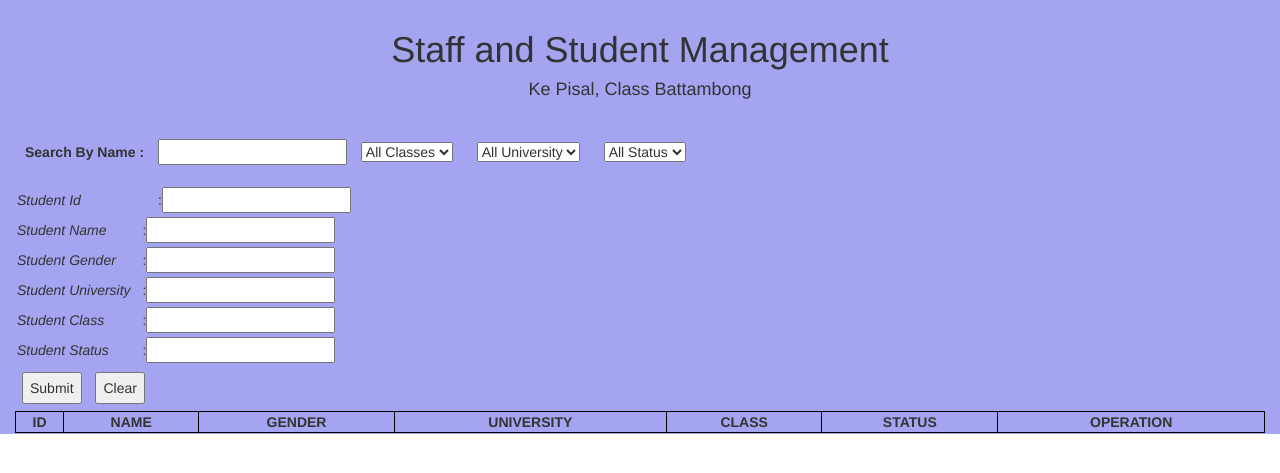
Repository: kepisal/ServletJAVA
Page: http://localhost/AjaxStaffandStudent/
An editor plug-in stored every save of this project. The page is shown before and after the next save, followed by the edit.
The browser window is 1280 px wide. The pictures show the whole page.
The page is served by Tomcat 9. Other server files are loaded and not shown. Queries for data that is not in the repository find no rows.

Above is the page before, as saved 2015-07-10 16:42:15.

### AjaxStaffandStudent/WebContent/index.jsp
<%@ page language="java" contentType="text/html; charset=ISO-8859-1"
	pageEncoding="ISO-8859-1"%>
<!DOCTYPE html>
<html>
<head>
<meta http-equiv="Content-Type" content="text/html; charset=ISO-8859-1">
<title>Staff and Student Management</title>
<link rel="stylesheet" type="text/css"
	href="bootstrap/css/bootstrap.css">
<!-- <link rel="stylesheet" type="text/css" href="css/style.css"> -->

<!-- <script
	src="http://ajax.googleapis.com/ajax/libs/jquery/1.11.3/jquery.min.js"></script> -->
<script type="text/javascript" src="js/jquery-min.js"></script>
<script type="text/javascript" src="bootstrap/js/bootstrap.js"></script>
<script type="text/javascript" src="bootstrap/js/bootstrap.min.js"></script>
<style type="text/css">
.maincontent {
	background-color: #A4A4F0;
}

#title {
	padding: 10px;
	width: 100%;
}

option {
	height: 23px;
}

.mytb td, .mytb th {
	border: 1px solid black;
	border-collapse: collapse;
	text-align: center;
}

#title {
	text-align: center;
}

img {
	width: 20px;
}

#classlist, #universitylist, #txtinput, #statuslist {
	display: inline-block;
	margin: 10px;
}

button {
	margin: 5px;
	height: 32px
}

.stuform td {
	padding: 2px;
	border: 0px;
}
</style>
</head>
<body>
	<div class="maincontent col-sm-12">
		<div id="sheader">
			<div id="title">
				<h1>Staff and Student Management</h1>
				<h4>Ke Pisal, Class Battambong</h4>
			</div>
			<div id="classlist">
				<label>Search By Name : </label> <input type=text id=txtinput /> <select
					id=classselected onclick="searchClass()">

				</select>
			</div>
			<div id="universitylist">
				<select id=unvselected onclick="searchUniversity()">

				</select>
			</div>
			<div id="statuslist">
				<select id=statusselected onclick="searchStatus()">
					<option value=''>All Status</option>
					<option value=1>Active</option>
					<option value=0>Deactive</option>
				</select>
			</div>
		</div>
		<div id="sform">
			<table class="stuform">
				<tr>
					<td><i>Student Id</i></td>
					<td>&nbsp;&nbsp;&nbsp;&nbsp;&nbsp;&nbsp;:<input /></td>
				</tr>
				<tr>
					<td><i>Student Name </i></td>
					<td>&nbsp;&nbsp;:<input /></td>
				</tr>
				<tr>
					<td><i>Student Gender </i></td>
					<td>&nbsp;&nbsp;:<input /></td>
				</tr>
				<tr>
					<td><i>Student University </i></td>
					<td>&nbsp;&nbsp;:<input /></td>
				</tr>
				<tr>
					<td><i>Student Class </i></td>
					<td>&nbsp;&nbsp;:<input /></td>
				</tr>
				<tr>
					<td><i>Student Status </i></td>
					<td>&nbsp;&nbsp;:<input /></td>
				</tr>
				<tr>
					<td colspan="2"><button id="btnadd btn btn-success"
							onclick="add()">Submit</button>
						<button id="btnclear btn btn-success" onclick="add()">Clear</button></td>
				</tr>
			</table>
		</div>
		<div id="sbody">
			<table class="mytb col-sm-12">
				<thead>
					<tr>
						<th>ID</th>
						<th>NAME</th>
						<th>GENDER</th>
						<th>UNIVERSITY</th>
						<th>CLASS</th>
						<th>STATUS</th>
						<th>OPERATION</th>
					</tr>
				</thead>
				<tbody id="tblist">
				</tbody>
			</table>
			<div id="sdetails">
				<!-- <i><h2>-------------Information Detail------------</h2></i> <label>ID
				:</label>
			<h3 id="stuid"></h3>
			<label>NAME :</label>
			<h3 id="stuname"></h3>
			<label>GENDER :</label>
			<h3 id="stugender"></h3>
			<label>UINVERSITY :</label>
			<h3 id="stuuniversity"></h3>
			<label>CLASS :</label>
			<h3 id="stuclass"></h3>
			<label>STATUS :</label>
			<h3 id="stustatus">ss</h3>
			<i><h2>-------------Information Detail------------</h2></i> -->
			</div>
		</div>
		<div class="col-sm-3"></div>
	</div>
	<script type="text/javascript" src="js/script.js"></script>
</body>
</html>

### AjaxStaffandStudent/WebContent/js/script.js
$(document).ready(function() {
	lists(); // list all objects in table
	droplist(); // list all objects in dropdownlist(class, university)
	$("#txtinput").keyup(function() {
		searchName($("#txtinput").val()); // action keyup on textbox
	});
});
/*
 * @param : data is JSon generate <option> value </option> for dropdownlist
 * class
 */
function classlist(data) {
	var str = "";
	str += "<option value=''>All Classes</option>;";
	for (var i = 0; i < data.length; i++) {
		str += "<option value=" + data[i].classes + ">" + data[i].classes;
	}
	str += "</option>";
	return str;
}
/*
 * @param : data is JSon generate <option> value </option> for dropdownlist
 * university
 */
function unvlist(data) {
	var str = "";
	str += "<option value=''>All University</option>;";
	for (var i = 0; i < data.length; i++) {
		str += "<option value=" + data[i].unversity + ">" + data[i].unversity;
	}
	str += "</optiont>";
	return str;
}

/*
 * get data from url and put into function with param
 */
function droplist() {
	$.post("classlist.hrd", function(data) {
		$("#classselected").html(classlist(data));
	});
	$.post("universitylist.hrd", function(data) {
		$("#unvselected").html(unvlist(data));
	});
}
/*
 * generate rows inside table list
 */
function lists() {
	$.post("listobject.hrd", function(data) {
		$("#tblist").html(listobjectdetails(data));
	});

}
/*
 * create tag <tr><td> value </td></tr> follow data
 */
function listobjectdetails(data) {
	var str = "";
	for (var i = 0; i < data.length; i++) {

		str += "<tr>" + "<td id=studid" + i + ">" + data[i].stuid + "</td>"
				+ "<td>" + data[i].stuname + "</td>" + "<td>"
				+ checkGender(data[i].gender) + "</td>" + "<td>"
				+ data[i].unversity + "</td>" + "<td>" + data[i].classes
				+ "</td>" + "<td>" + checkStatus(data[i].status, i) + "</td>"
				+ "<td><button class=btnEdit" + i + " onclick=editFun(" + i
				+ ")>Edit</button><button class=btnRemove" + i
				+ " onclick=removeFun(" + i
				+ ")>Remove</button><button  class=btnView" + i
				+ " onclick=viewFun(" + i + ")>View</button></td>" + "</tr>";
	}

	str += "</table>";

	return str;
}
/*
 * create form for edit and insertion
 */
function myform() {
	var str = "";
}

/*
 * change value 0,1 to male and female
 */
function checkGender(data) {
	var gender;
	if (data == 0) {
		gender = "Male";
	} else {
		gender = "Female";
	}
	return gender;
}
/*
 * change value 0,1 to image 0.png and 1.png
 */
function checkStatus(data, i) {
	var img;
	if (data == 0) {
		img = "<a href=#><img src=img/0.png id=mydata" + i
				+ " onclick=updateStatus(" + i + "," + data + ")></a>";
	} else {
		img = "<a href=#><img src=img/1.png id=mydata" + i
				+ " onclick=updateStatus(" + i + "," + data + ")></a>";
	}
	return img;
}
/*
 * @param : id, value id -> id of each students value -> value of status update
 * status
 */
function updateStatus(id, value) {
	var stuid = $("#studid" + id).text();
	var active;
	if (value == 0) {
		active = 1;
	} else {
		active = 0;
	}
	$.post("editobject.hrd", {
		stu_id : stuid,
		stu_status : active
	}, function(data) {
		lists();
	});
}
/*
 * search by name()
 */
function searchName() {
	var stuname = $('#txtinput').val();
	var stuclass = $('#classselected option:selected').val();
	var stuuniver = $('#unvselected option:selected').val();
	var stustatus = $('#statusselected option:selected').val();
	if (stuname == '') {
		lists();
	}
	$.post("searchobject.hrd", {
		stu_name : stuname,
		stu_class : stuclass,
		stu_university : stuuniver,
		stu_status : stustatus
	}, function(data) {
		$("#tblist").html(listobjectdetails(data));
	});
}
/*
 * search by class()
 */
function searchClass() {
	var stuname = $('#txtinput').val();
	var stuclass = $('#classselected option:selected').val();
	var stuuniver = $('#unvselected option:selected').val();
	var stustatus = $('#statusselected option:selected').val();
	$.post("searchobject.hrd", {
		stu_name : stuname,
		stu_class : stuclass,
		stu_university : stuuniver,
		stu_status : stustatus
	}, function(data) {
		$("#tblist").html(listobjectdetails(data));
	});
}
/*
 * search by university()
 */
function searchUniversity() {
	var stuname = $('#txtinput').val();
	var stuclass = $('#classselected option:selected').val();
	var stuuniver = $('#unvselected option:selected').val();
	var stustatus = $('#statusselected option:selected').val();
	$.post("searchobject.hrd", {
		stu_name : stuname,
		stu_class : stuclass,
		stu_university : stuuniver,
		stu_status : stustatus
	}, function(data) {
		$("#tblist").html(listobjectdetails(data));
	});
}
/*
 * search by status()
 */
function searchStatus() {
	var stuname = $('#txtinput').val();
	var stuclass = $('#classselected option:selected').val();
	var stuuniver = $('#unvselected option:selected').val();
	var stustatus = $('#statusselected option:selected').val();
	$.post("searchobject.hrd", {
		stu_name : stuname,
		stu_class : stuclass,
		stu_university : stuuniver,
		stu_status : stustatus
	}, function(data) {
		$("#tblist").html(listobjectdetails(data));
	});
}
/*
 * Add Function
 */
function add() {
	$("#sbody").load("pages/addForm.html"); // load file from article
}

function editFun(i) {
	alert("This is Edit" + $("#studid" + i).text());
}
function removeFun(i) {
	var stuid = $("#studid" + i).text();
	$.post("deleteobject.hrd", {
		stu_id : stuid
	}, function(data) {
		lists();
	});
}
function viewFun(i) {
	var stuid = $("#studid" + i).text();
	$.post("viewobject.hrd", {
		stu_id : stuid
	}, function(data) {
		$("#sbody").load("pages/viewdetails.html");
	});
}

### AjaxStaffandStudent/src/Controller/Front_Controller.java
package Controller;
import java.io.IOException;

import javax.servlet.RequestDispatcher;
import javax.servlet.ServletException;
import javax.servlet.annotation.WebServlet;
import javax.servlet.http.HttpServlet;
import javax.servlet.http.HttpServletRequest;
import javax.servlet.http.HttpServletResponse;

import Model.ObjectDAO;

@WebServlet("*.hrd")
public class Front_Controller extends HttpServlet {
	private static final long serialVersionUID = 1L;

	public Front_Controller() {
		super();
	}

	protected void doGet(HttpServletRequest request, HttpServletResponse response) throws ServletException, IOException {
		doProcess(request, response);
	}

	protected void doPost(HttpServletRequest request, HttpServletResponse response) throws ServletException, IOException {
		doProcess(request, response);
	}

	protected void doProcess(HttpServletRequest request, HttpServletResponse response) throws ServletException, IOException {
		String RequestURI = request.getRequestURI();

		System.out.println(RequestURI);
		String contextPath = request.getContextPath();
		System.out.println(contextPath);
		String command = RequestURI.substring(contextPath.length());
		ActionForward forward = null;
		Action action = null;

		System.out.println(command);

		switch(command){
			case "/listobject.hrd":
				action = new ListObject();
				try {
					forward = action.execute(request, response);
					System.out.println(forward);
				} catch (Exception e) {
					e.printStackTrace();
				}
				break;
			case "/classlist.hrd":
				action = new classList();
				try {
					forward = action.execute(request, response);
					System.out.println(forward);
				} catch (Exception e) {
					e.printStackTrace();
				}
				break;
			case "/universitylist.hrd":
				action = new universityList();
				try {
					forward = action.execute(request, response);
					System.out.println(forward);
				} catch (Exception e) {
					e.printStackTrace();
				}
				break;
			case "/editobject.hrd":
				action = new EditObject();
				try {
					forward = action.execute(request, response);
				} catch (Exception e) {
					e.printStackTrace();
				}
				break;
			case "/searchobject.hrd":
				action = new Search();
				try {
					forward = action.execute(request, response);
				} catch (Exception e) {
					e.printStackTrace();
				}
				break;
			case "/viewobject.hrd":
				action = new ViewObject();
				try {
					forward = action.execute(request, response);
				} catch (Exception e) {
					e.printStackTrace();
				}
				break;
			case "/deleteobject.hrd":
				action = new DeleteObject();
				try {
					forward = action.execute(request, response);
				} catch (Exception e) {
					e.printStackTrace();
				}
				break;
			default :
				forward = new ActionForward();
				forward.setPath("404.jsp");
				forward.setRedirect(false);
				break;


		}

		if (forward != null) {
			if (forward.isRedirect()) {
				response.sendRedirect(forward.getPath());
			} else {
				RequestDispatcher dispatcher = request
						.getRequestDispatcher(forward.getPath());
				dispatcher.forward(request, response);
			}

		}

	}
}

### AjaxStaffandStudent/src/Controller/ListObject.java
package Controller;

import java.util.ArrayList;

import javax.servlet.http.HttpServletRequest;
import javax.servlet.http.HttpServletResponse;

import com.google.gson.Gson;

import Controller.Action;
import Controller.ActionForward;
import Model.ObjectDAO;
import Model.ObjectDTO;

public class ListObject implements Action {

	@Override
	public ActionForward execute(HttpServletRequest request,
			HttpServletResponse response) throws Exception {

		ObjectDAO dao = new ObjectDAO();
		ArrayList<ObjectDTO> objectlist = dao.list();

		response.setContentType("application/json");
		response.setCharacterEncoding("UTF-8");
		String obj= new Gson().toJson(objectlist);

		response.getWriter().write(obj);


		return null;
	}

}

### AjaxStaffandStudent/src/Model/ObjectDAO.java
package Model;

import java.beans.Statement;
import java.sql.Connection;
import java.sql.DriverManager;
import java.sql.PreparedStatement;
import java.sql.ResultSet;
import java.sql.SQLException;
import java.util.ArrayList;
import java.sql.*;

import javax.naming.InitialContext;
import javax.sql.DataSource;

public class ObjectDAO {
	static Connection cn;

	/*
	 * list all of elements in database return Arraylist objects
	 */
	public ArrayList<ObjectDTO> list() throws SQLException,
			ClassNotFoundException {

		String sql = "select * from hrd_students";
		java.sql.Statement stm = cn.createStatement();
		ResultSet rs = stm.executeQuery(sql);
		ArrayList<ObjectDTO> objectdto = new ArrayList<ObjectDTO>();
		try {
			while (rs.next()) {
				objectdto.add(new ObjectDTO(rs.getString("stu_id"), rs
						.getString("stu_name"), rs.getInt("stu_gender"), rs
						.getString("stu_university"),
						rs.getString("stu_class"), rs.getInt("stu_status")));
			}

		} catch (Exception e) {
			e.printStackTrace();
		}
		return objectdto;
	}

	/*
	 * @param : id and status function update status 0 to 1 and 1 to 0 follow id
	 * return true/false for success or faild
	 */
	public boolean update(String id, int status) throws SQLException {
		try (PreparedStatement pstm = cn
				.prepareStatement("update hrd_students set stu_status=? where stu_id=?");) {

			pstm.setString(1, String.valueOf(status));
			pstm.setString(2, id);
			return pstm.execute();
		} catch (Exception e) {
			e.printStackTrace();
		}
		return false;
	}

	/*
	 * distinct the class value return Arraylist objects (0,1)
	 */
	public ArrayList<ObjectDTO> classList() throws SQLException {
		String sql = "SELECT distinct stu_class FROM hrd_students";
		java.sql.Statement stm = cn.createStatement();
		ResultSet rs = stm.executeQuery(sql);
		ArrayList<ObjectDTO> objectdto = new ArrayList<ObjectDTO>();
		try {
			while (rs.next()) {
				objectdto.add(new ObjectDTO("", "", 0, "", rs
						.getString("stu_class"), 0));
			}
		} catch (Exception e) {
			e.printStackTrace();
		}
		return objectdto;
	}

	/*
	 * distinct the university value return Arraylist objects (0,1)
	 */
	public ArrayList<ObjectDTO> universityList() throws SQLException {
		String sql = "select distinct stu_university from hrd_students";
		java.sql.Statement stm = cn.createStatement();
		ResultSet rs = stm.executeQuery(sql);
		ArrayList<ObjectDTO> objectdto = new ArrayList<ObjectDTO>();
		try {
			while (rs.next()) {
				objectdto.add(new ObjectDTO("", "", 0, rs
						.getString("stu_university"), "", 0));
			}
		} catch (Exception e) {
			e.printStackTrace();
		}
		return objectdto;
	}

	/*
	 * Search all of content by name, class, university and status return as
	 * ArrayList objects
	 */
	public ArrayList<ObjectDTO> search(String name, String classes,
			String university, String status) throws SQLException {
		PreparedStatement ps = cn
				.prepareStatement("select * from hrd_students where stu_university LIKE ? and stu_class LIKE ? and stu_status LIKE ? and stu_name like ?");
		ps.setString(1, university + "%");
		ps.setString(2, classes + "%");
		ps.setString(3, status + "%");
		ps.setString(4, "%" + name + "%");
		ResultSet rs = ps.executeQuery();
		ArrayList<ObjectDTO> alist = new ArrayList<ObjectDTO>();
		while (rs.next()) {
			alist.add(new ObjectDTO(rs.getString("stu_id"), rs
					.getString("stu_name"), rs.getInt("stu_gender"), rs
					.getString("stu_university"), rs.getString("stu_class"), rs
					.getInt("stu_status")));
		}
		return alist;
	}

	public ObjectDTO viewObject(String id) throws SQLException {
		String sql = "select * from hrd_students where stu_id=?";
		PreparedStatement pstm = cn.prepareStatement(sql);
		pstm.setString(1, id);
		ResultSet rs = pstm.executeQuery();
		ObjectDTO objectdto = new ObjectDTO();
		try {
			if (rs.next()) {
				objectdto = new ObjectDTO(rs.getString("stu_id"),
						rs.getString("stu_name"), rs.getInt("stu_gender"),
						rs.getString("stu_university"),
						rs.getString("stu_class"), rs.getInt("stu_status"));
			}

		} catch (Exception e) {
			e.printStackTrace();
		}
		return objectdto;
	}

	public boolean DeleteObject(String id) throws SQLException {
		String sql = "delete from hrd_students where stu_id=?";
		PreparedStatement pstm = cn.prepareStatement(sql);
		pstm.setString(1, id);
		return pstm.execute();
	}

	/********************** Here is Connection Database *********************************/
	static {
		try {
			Class.forName("com.mysql.jdbc.Driver");
			cn = DriverManager.getConnection(
					"jdbc:mysql://localhost:3306/ssdbmanage", "admin", "admin");
		} catch (Exception e) {
			// TODO Auto-generated catch block
			e.printStackTrace();
		}
	}
	/**********************
	 * Here is Connection Database
	 *
	 * @throws SQLException
	 *********************************/

}

### AjaxStaffandStudent/src/Controller/classList.java
package Controller;

import java.util.ArrayList;

import javax.servlet.http.HttpServletRequest;
import javax.servlet.http.HttpServletResponse;

import Model.ObjectDAO;
import Model.ObjectDTO;

import com.google.gson.Gson;

public class classList implements Action {

	public ActionForward execute(HttpServletRequest request,
			HttpServletResponse response) throws Exception {

		ObjectDAO dao = new ObjectDAO();
		ArrayList<ObjectDTO> objectlist = dao.classList();

		response.setContentType("application/json");
		response.setCharacterEncoding("UTF-8");
		String obj= new Gson().toJson(objectlist);

		response.getWriter().write(obj);
		return null;
	}

}

### AjaxStaffandStudent/src/Controller/universityList.java
package Controller;

import java.util.ArrayList;

import javax.servlet.http.HttpServletRequest;
import javax.servlet.http.HttpServletResponse;

import Model.ObjectDAO;
import Model.ObjectDTO;

import com.google.gson.Gson;

public class universityList implements Action {
	public ActionForward execute(HttpServletRequest request,
			HttpServletResponse response) throws Exception {

		ObjectDAO dao = new ObjectDAO();
		ArrayList<ObjectDTO> objectlist = dao.universityList();

		response.setContentType("application/json");
		response.setCharacterEncoding("UTF-8");
		String obj= new Gson().toJson(objectlist);

		response.getWriter().write(obj);
		return null;
	}
}

Loaded but not shown: AjaxStaffandStudent/WebContent/bootstrap/css/bootstrap.css (library); AjaxStaffandStudent/WebContent/js/jquery-min.js (library); AjaxStaffandStudent/WebContent/bootstrap/js/bootstrap.js (library); AjaxStaffandStudent/WebContent/bootstrap/js/bootstrap.min.js (library)

After the next save:
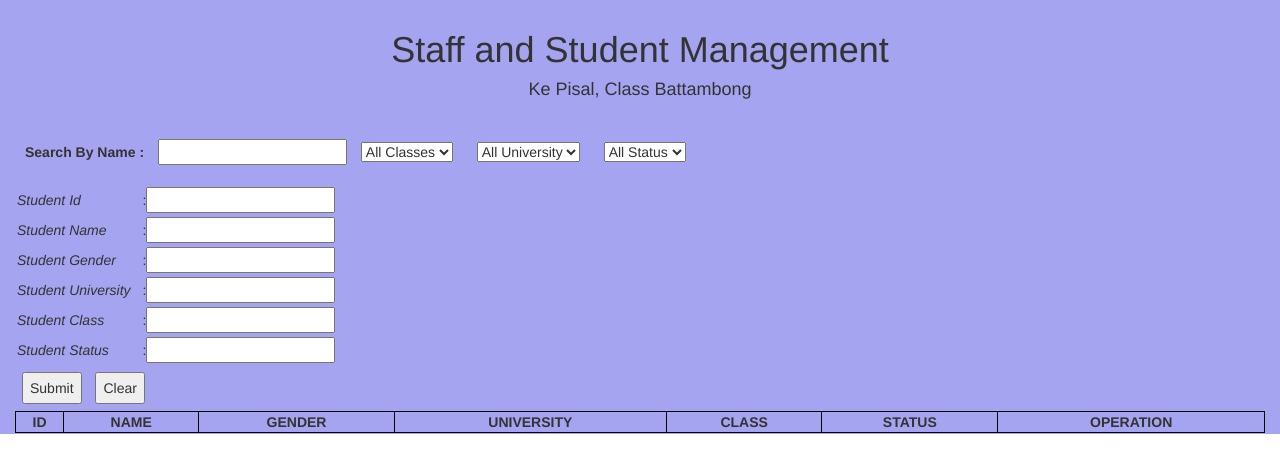
Saved 8 s later.
--- a/AjaxStaffandStudent/WebContent/index.jsp
+++ b/AjaxStaffandStudent/WebContent/index.jsp
@@ -88,7 +88,7 @@ button {
 			<table class="stuform">
 				<tr>
 					<td><i>Student Id</i></td>
-					<td>&nbsp;&nbsp;&nbsp;&nbsp;&nbsp;&nbsp;:<input /></td>
+					<td>&nbsp;&nbsp;:<input /></td>
 				</tr>
 				<tr>
 					<td><i>Student Name </i></td>
